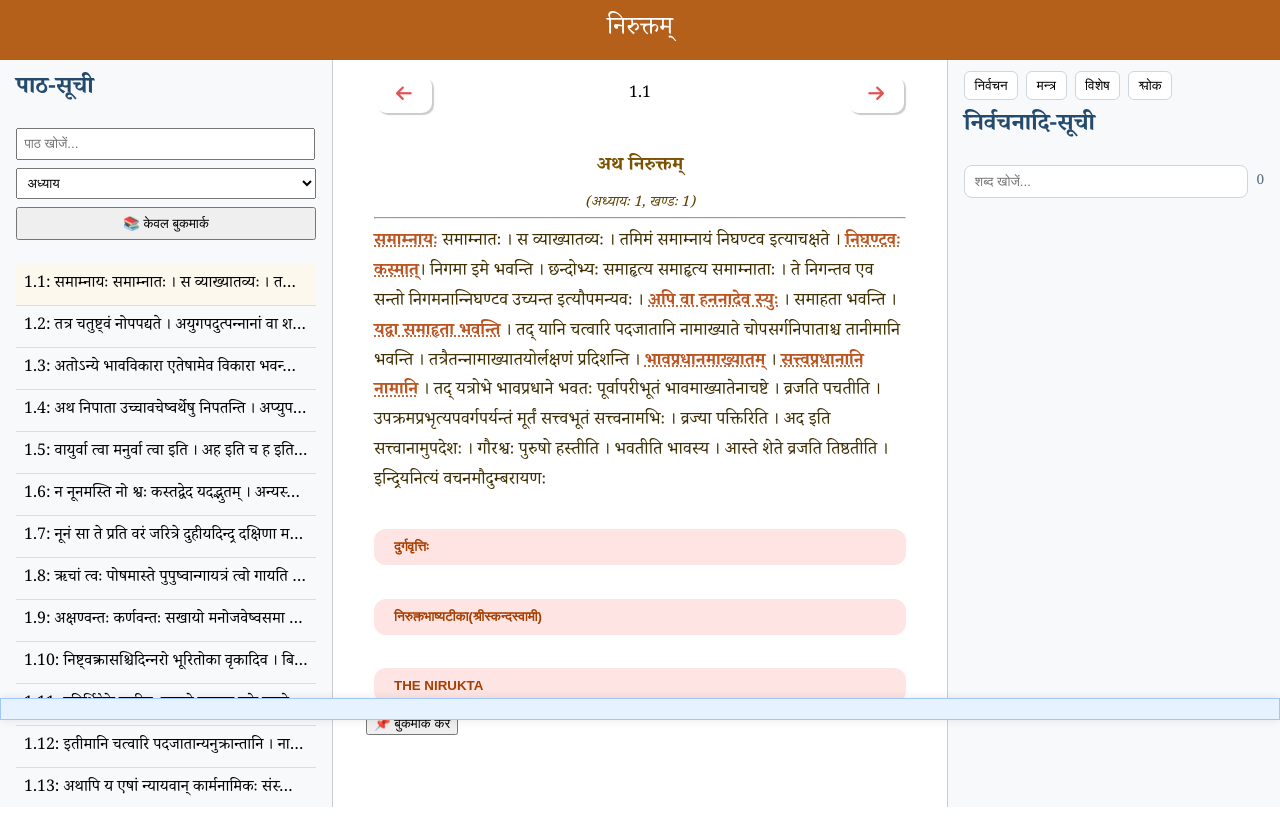
Repository: sanskritsphere/Niruktam
Page: index.html
These files come from the project's save history. The page is drawn as it stood at one moment and after the next save; the edit follows.
The browser window is 1280 px wide. The pictures show the whole page.
Some web fonts or font styles are not loaded; a fallback is used.

Above is the page before, as saved 2025-12-14 07:59:19.

After the next save:
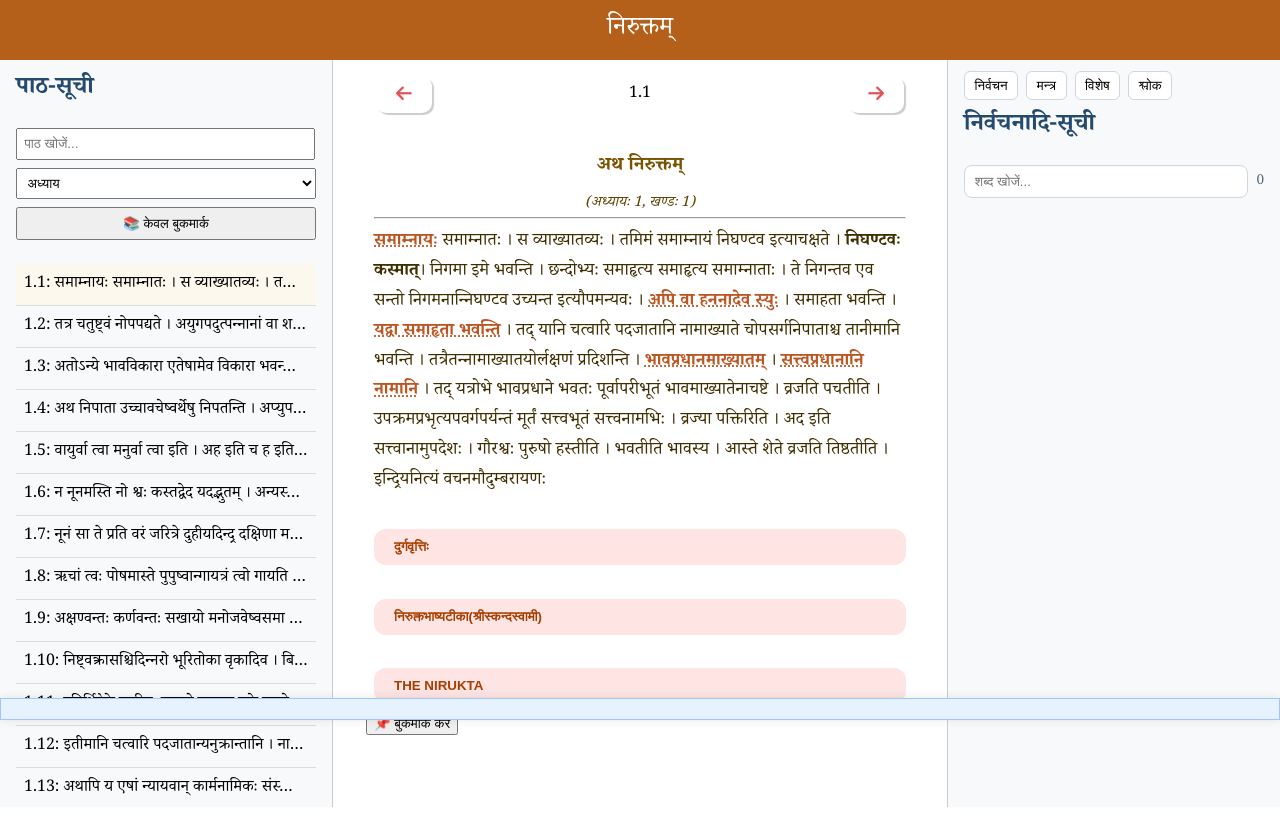
Saved 4 min 34 s later.
--- a/script.js
+++ b/script.js
@@ -7,7 +7,7 @@ const customVyakhya = [
     "vyakhya": "सम्यक् आम्नातः शास्त्रीय शब्दसमूहः, जो परम्परया गुरु-शिष्यक्रमेण प्राप्त होता है।"
   },
   {
-    "shabda": "निघण्टवः कस्मात्",
+    "shabda": "निघण्टवः ",
     "vyakhya": "निघण्टु शब्द की उत्पत्ति के कारण की जिज्ञासा।"
   },
   {
